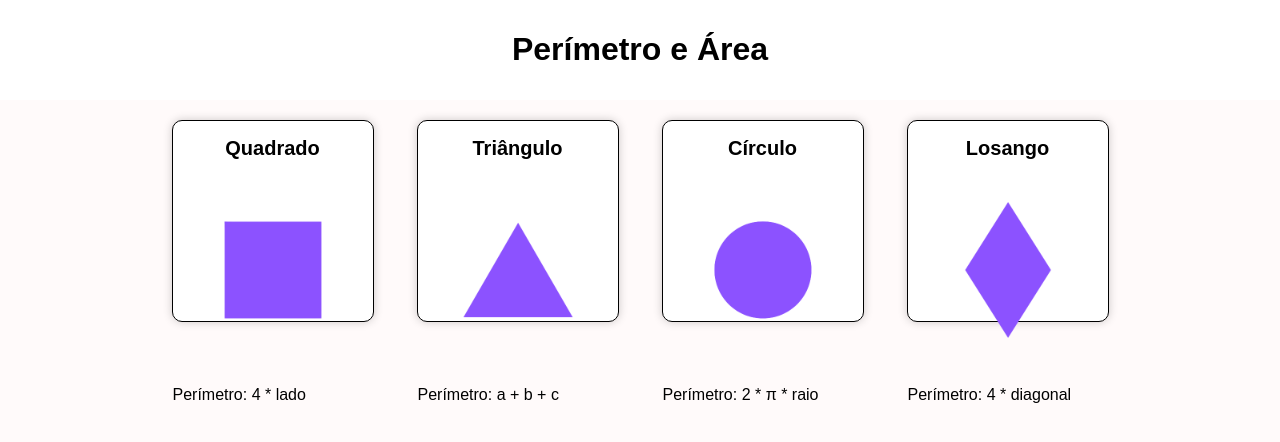
Repository: Matheus904-12/JAVASCRIPT
Page: index.html
An editor plug-in stored every save of this project. The page is shown before and after the next save, followed by the edit.
The browser window is 1280 px wide. The pictures show the whole page.

Above is the page before, as saved 2023-09-10 22:18:56.

After the next save:
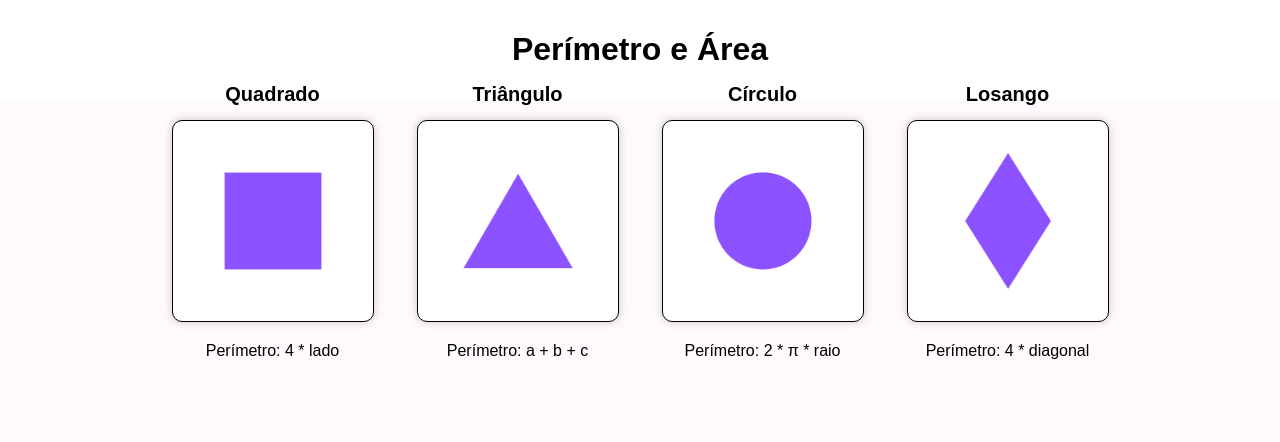
Saved 4 min 5 s later.
--- a/style.css
+++ b/style.css
@@ -32,6 +32,10 @@ main {
   border-radius: 10px;
   transition: all 0.5s ease-in-out;
   box-shadow: 0 0 10px 0 rgba(0, 0, 0, 0.2);
+  display: flex; /* Adicionado */
+  flex-direction: column; /* Adicionado */
+  justify-content: center; /* Adicionado */
+  align-items: center; /* Adicionado */
 }
 
 .box:hover {
